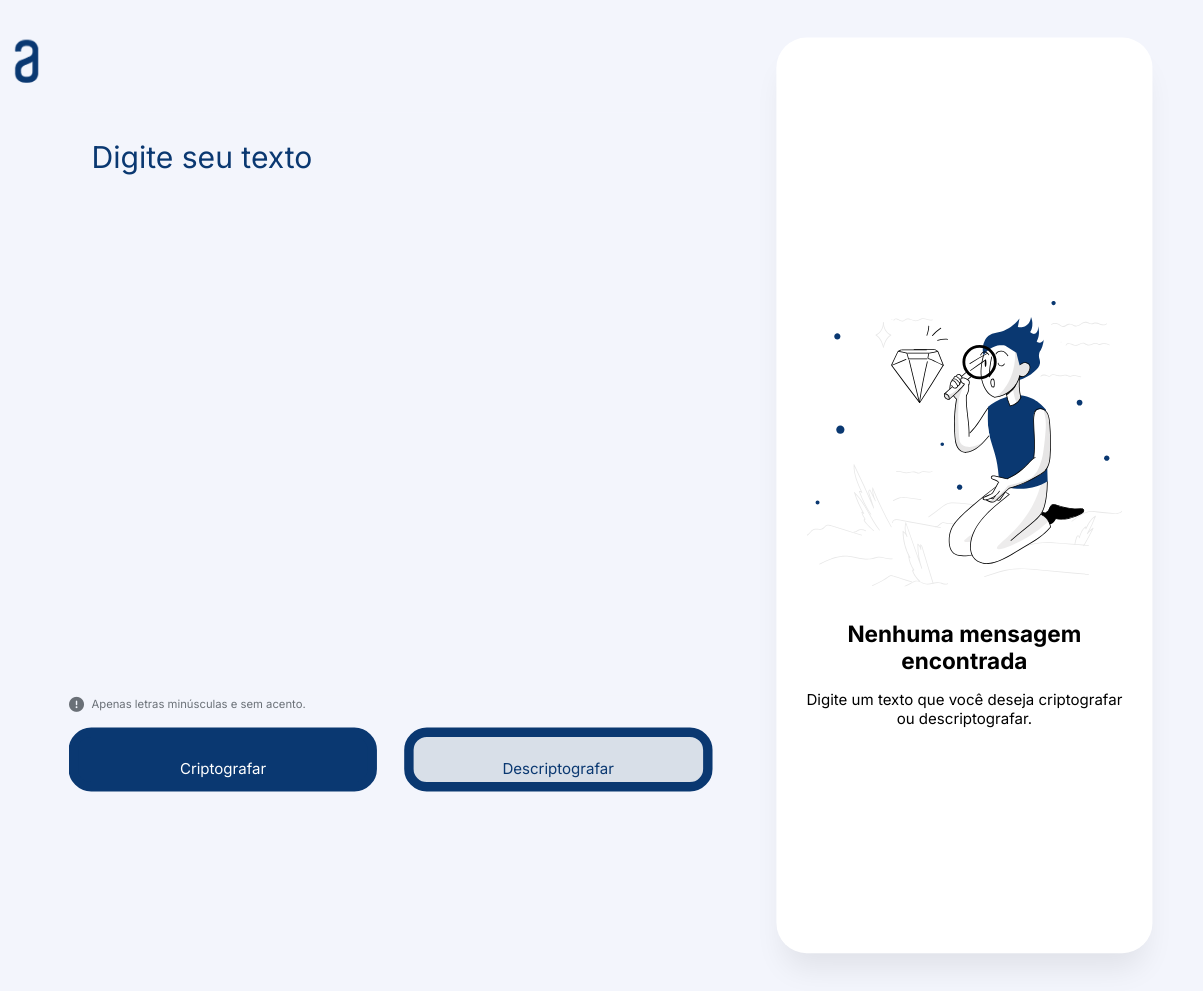
Repository: CarlosEduardoVdeOliveira/descodificador-de-texto
Page: index.html
An editor plug-in stored every save of this project. The page is shown before and after the next save, followed by the edit.
The browser window is 1280 px wide. The pictures show the whole page, at 94% of full size.

Above is the page before, as saved 2023-04-14 15:11:55.

After the next save:
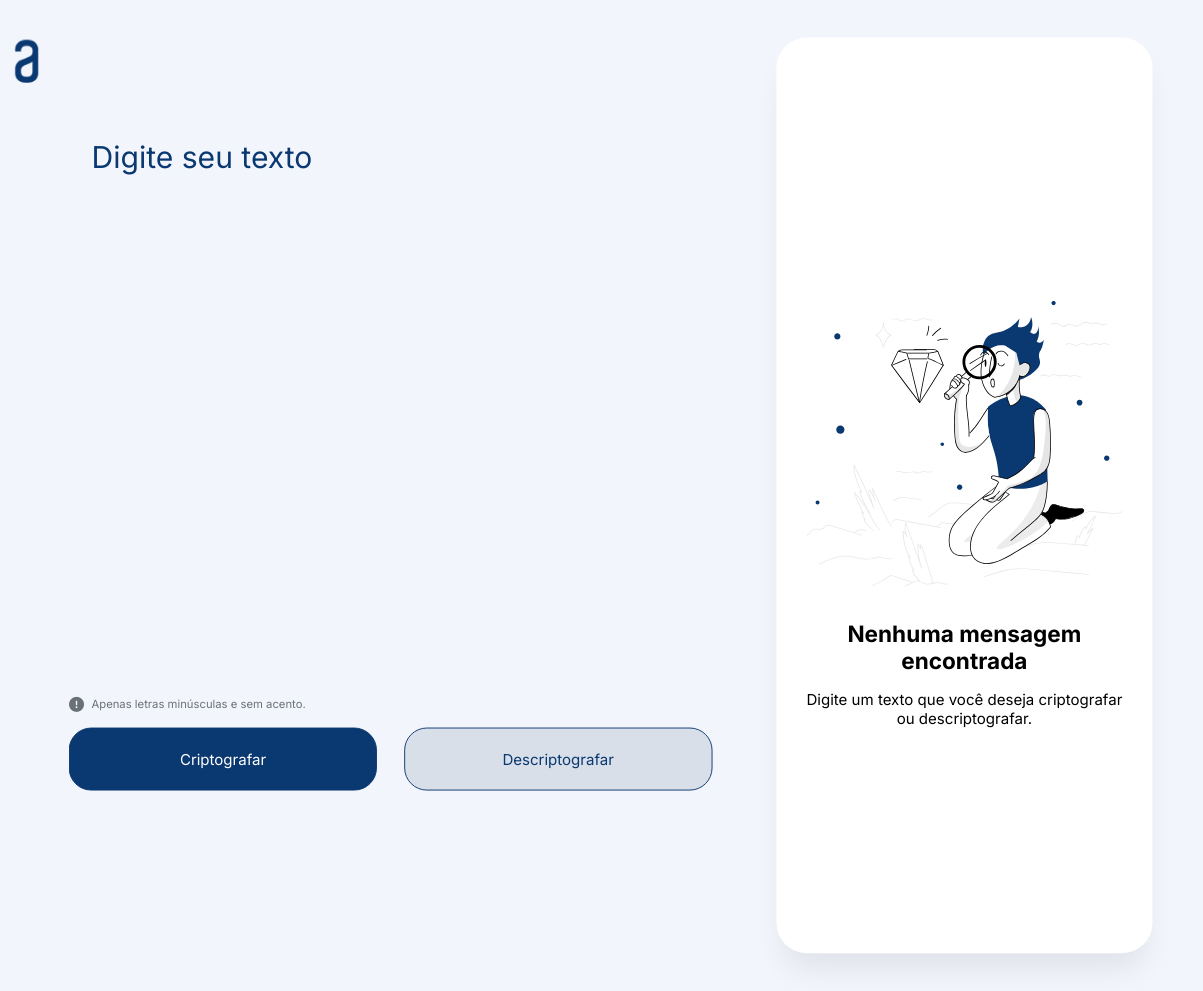
Saved 34 s later.
--- a/src/styles/index.css
+++ b/src/styles/index.css
@@ -59,7 +59,7 @@ button{
    cursor: pointer;
    font-size: 1rem;
    line-height: 19px;
-   border: 10px solid var(--dark-blue-300);
+   border: 1px solid var(--dark-blue-300);
    transition: all .2s;
 }
 .info{
